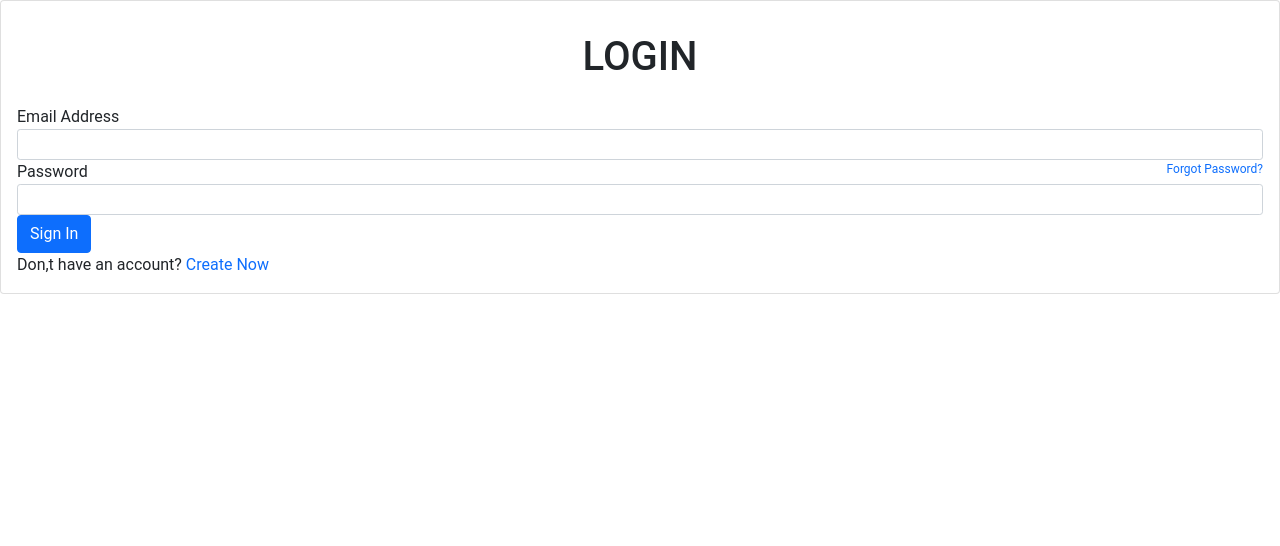
Repository: zjria/Bootstrap_logIn_1
Page: LoginPage/index.html
An editor plug-in stored every save of this project. The page is shown before and after the next save, followed by the edit.
The browser window is 1280 px wide. The pictures show the whole page.

Above is the page before, as saved 2022-06-14 11:18:51.

### LoginPage/index.html
<!DOCTYPE html>
<html lang="en">
<head>
    <meta charset="UTF-8">
    <meta http-equiv="X-UA-Compatible" content="IE=edge">
    <meta name="viewport" content="width=device-width, initial-scale=1.0">
    <title>LogIn Page</title>

    <!-- Bootstrap CDN Link -->
    <link href="https://cdn.jsdelivr.net/npm/bootstrap@5.0.2/dist/css/bootstrap.min.css" rel="stylesheet" integrity="sha384-EVSTQN3/azprG1Anm3QDgpJLIm9Nao0Yz1ztcQTwFspd3yD65VohhpuuCOmLASjC" crossorigin="anonymous">

    <!-- Google Font -->
    <link rel="preconnect" href="https://fonts.googleapis.com">
    <link rel="preconnect" href="https://fonts.gstatic.com" crossorigin>
    <!-- Custom Css -->
    <link rel="stylesheet" href="style.css">
</head>
<body>
    <div class="global-container">
        <div class="card login-form">
            <div class="card-body">
                <h1 class="card-body text-center">LOGIN</h1>
                <div class="card-text">
                    <form action="#">

                        <div class="form-group">
                            <label for="exampleInputEmail1">Email Address</label>
                            <input type="email" class="form-control form-control-sm" id="exampleInputEmail1">
                        </div>

                        <div class="form-group">
                            <label for="exampleInputPassword1">Password</label>
                            <a href="#" style="float: right; font-size: 12px;" class="text-decoration-none">Forgot Password?</a>

                            <input type="password" class="form-control form-control-sm" id="exampleInputPassword1">
                        </div>
                        <button class="btn btn-primary btn-block">Sign In</button>
                        <div class="singUp">Don,t have an account? <a href="#" class="text-decoration-none">Create Now</a></div>
                    </form>
                </div>
            </div>
        </div>
    </div>

<!-- Bootstrap JavaScript Link -->
<script src="https://cdn.jsdelivr.net/npm/bootstrap@5.0.2/dist/js/bootstrap.bundle.min.js" integrity="sha384-MrcW6ZMFYlzcLA8Nl+NtUVF0sA7MsXsP1UyJoMp4YLEuNSfAP+JcXn/tWtIaxVXM" crossorigin="anonymous"></script>

</body>
</html>

### LoginPage/style.css
body, html{
    font-family: 'Roboto', sans-serif;
}
.globa

After the next save:
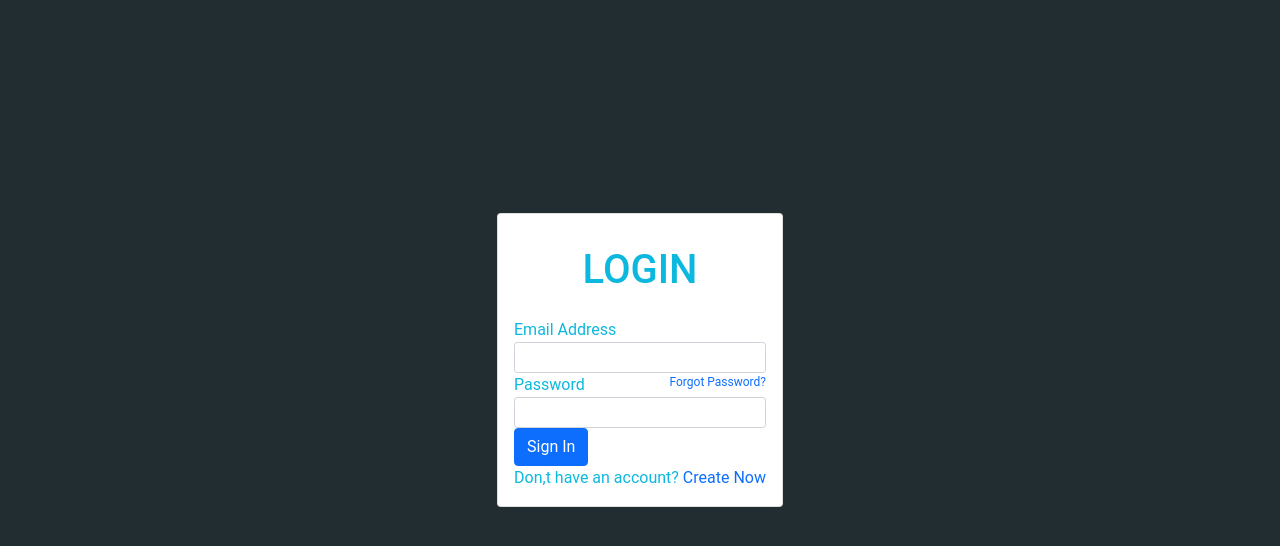
Saved 3 min 0 s later.
--- a/LoginPage/style.css
+++ b/LoginPage/style.css
@@ -1,4 +1,12 @@
 body, html{
     font-family: 'Roboto', sans-serif;
+    height: 100%;
+    background-color: #222d32 !important;
 }
-.globa
+.global-container{
+    height: 100%;
+    display: flex;
+    align-items: center;
+    justify-content: center;
+    color: #0db8de;
+}
